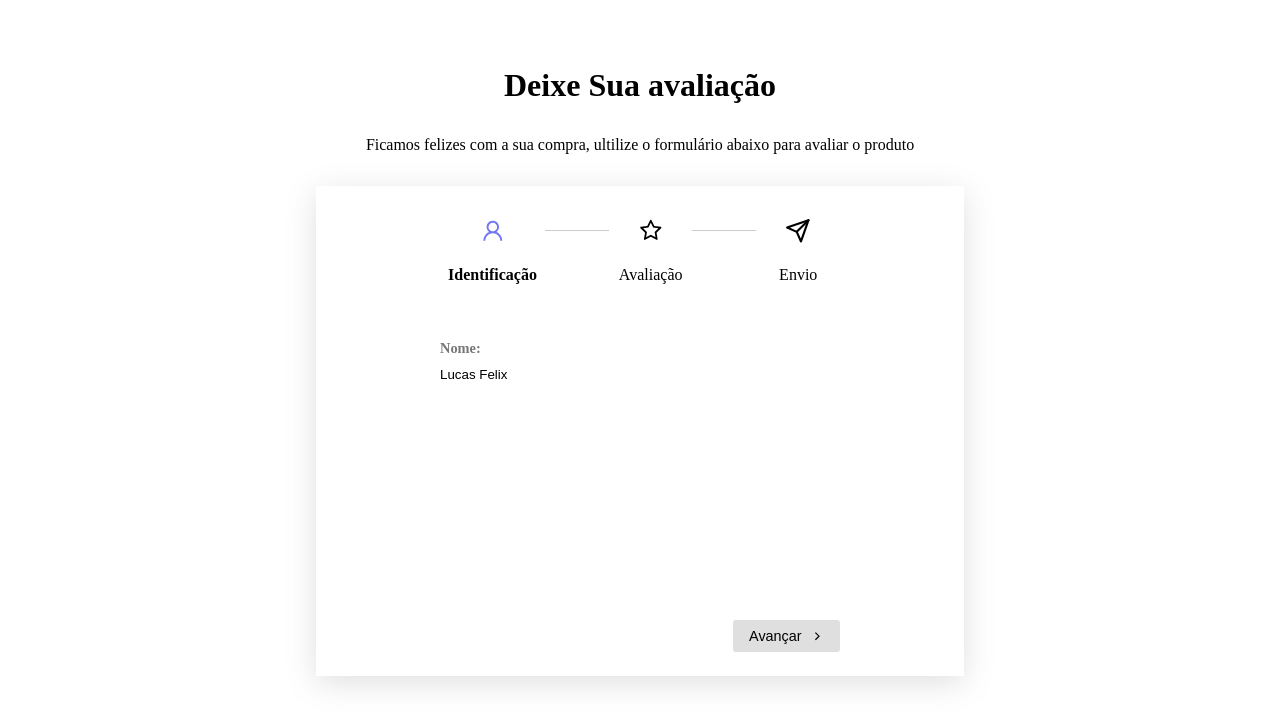
Repository: pheonix5/formulario_stap
Page: /
The author's editor kept a copy of each file at every save. The page is drawn from the files as they stood at one save, then again after the next save.
The browser window is 1280 px wide. The pictures show the whole page.
The project was rebuilt for these pictures with package versions that can differ from the ones it lists, and the page was loaded fresh each time. Also part of the build but not shown: vite.config.js, src/components/ReviewForm.css, src/components/ReviewForm.tsx, src/components/Thanks.css, src/components/Thanks.tsx.

Above is the page before, as saved 2023-05-24 21:18:19.

After the next save:
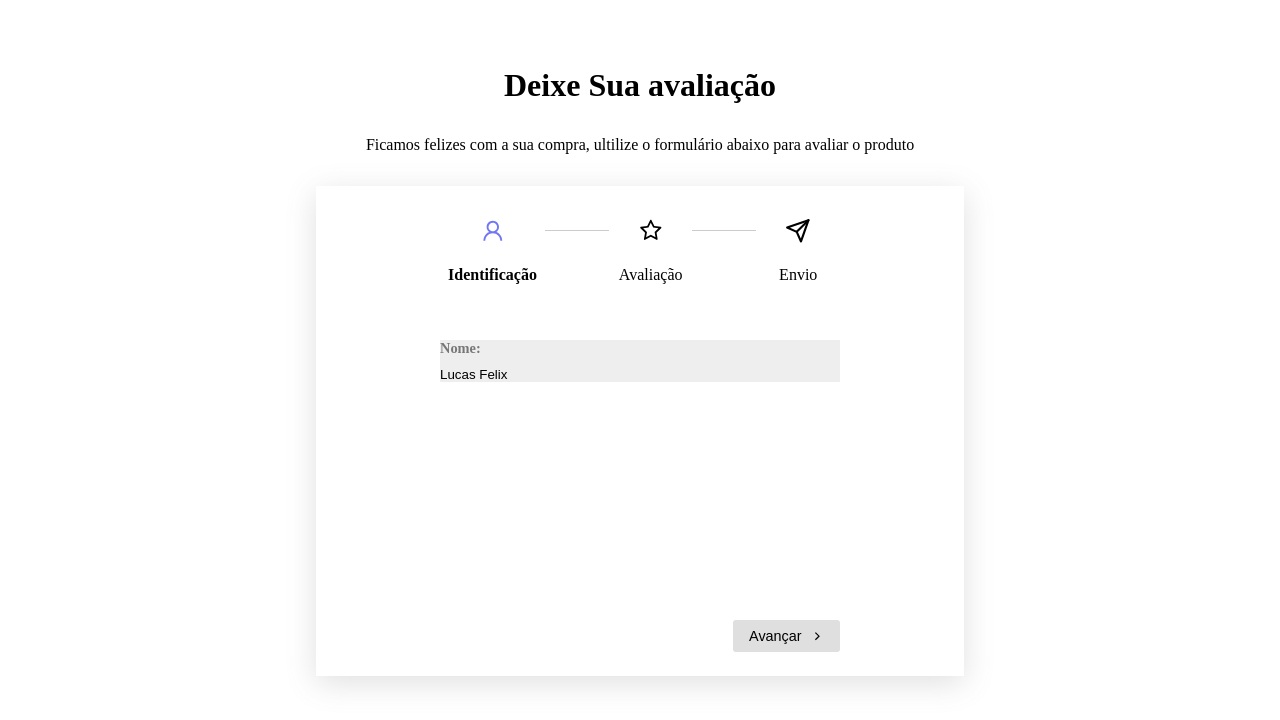
Saved 12 s later.
--- a/src/components/UserForm.css
+++ b/src/components/UserForm.css
@@ -1,6 +1,8 @@
 .form-control {
   position: relative;
   overflow: hidden;
+  background: #eee;
+  color: #333;
 }
 
 .form-control select{
